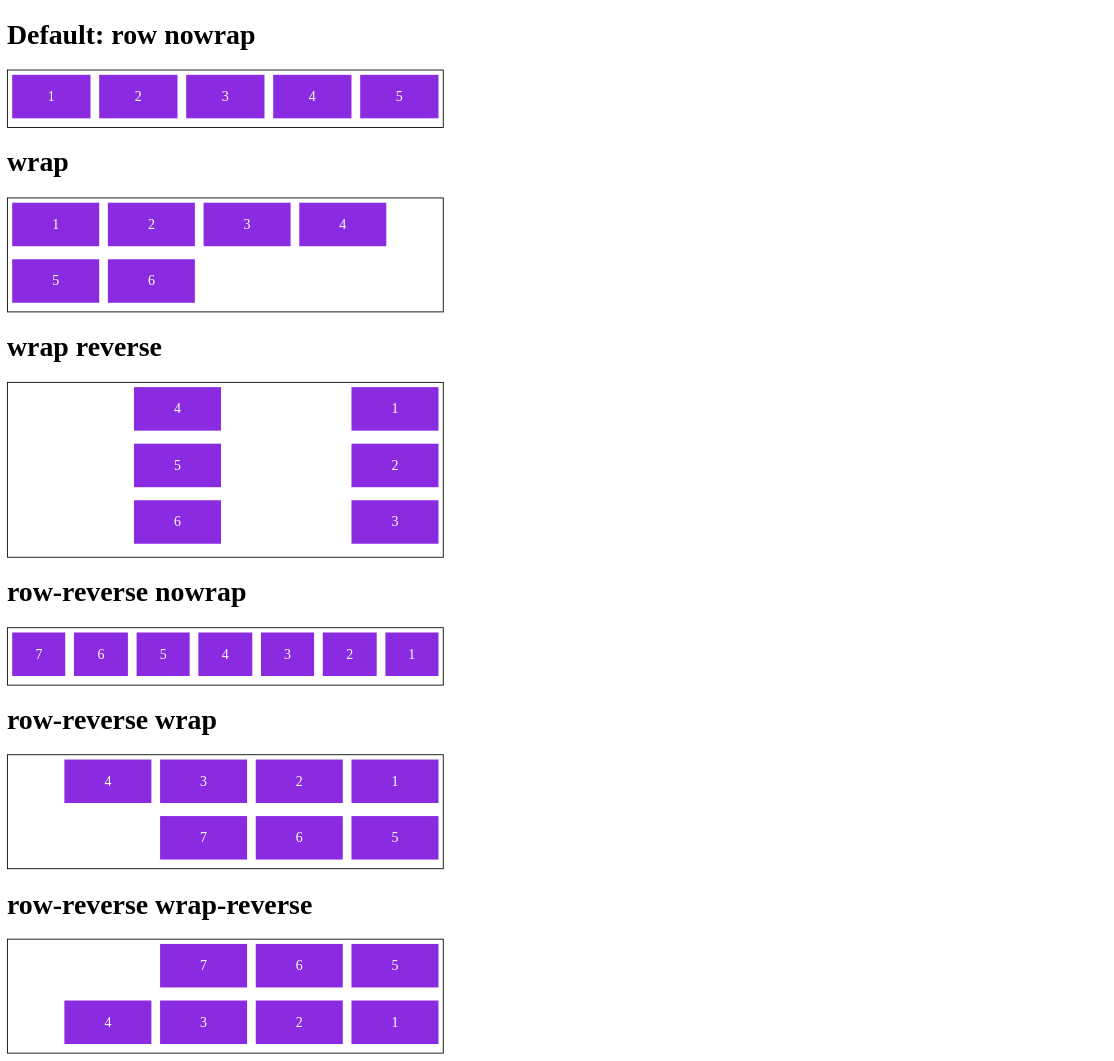
Repository: gabrielbino/projects-dio
Page: Flexbox/@flex-flow.html
The author's editor kept a copy of each file at every save. The page is drawn from the files as they stood at one save, then again after the next save.
The browser window is 1280 px wide. The pictures show the whole page, at 87% of full size.

Above is the page before, as saved 2021-10-22 17:28:46.

### Flexbox/@flex-flow.html
<!DOCTYPE html>
<html lang="en">
  <head>
    <meta charset="UTF-8" />
    <meta name="viewport" content="width=device-width, initial-scale=1.0" />
    <title>Fundamentos - Flex flow</title>

    <style>
      .flexContainer {
        display: flex;
        border: 1px solid black;
        max-width: 500px;
      }

      .default {
        flex-flow: row nowrap;
      }

      .wrap {
        flex-flow: row wrap;
      }

      .wrapReverse {
        flex-flow: column wrap-reverse;
        height: 200px;
      }

      .rNowWrap {
        flex-flow: row-reverse nowrap;
      }

      .rWrap {
        flex-flow: row-reverse wrap;
      }

      .RRWR {
        flex-flow: row-reverse wrap-reverse;
      }

      .flexItem {
        width: 100px;
        height: 50px;
        margin: 5px;
        margin-bottom: 10px;
        text-align: center;
        line-height: 50px;
        background-color: blueviolet;
        color: white;
      }
    </style>
  </head>
  <body>
    <h1>Default: row nowrap</h1>
    <div class="flexContainer default">
      <div class="flexItem">1</div>
      <div class="flexItem">2</div>
      <div class="flexItem">3</div>
      <div class="flexItem">4</div>
      <div class="flexItem">5</div>
    </div>

    <h1>wrap</h1>
    <div class="flexContainer wrap">
      <div class="flexItem">1</div>
      <div class="flexItem">2</div>
      <div class="flexItem">3</div>
      <div class="flexItem">4</div>
      <div class="flexItem">5</div>
      <div class="flexItem">6</div>
    </div>

    <h1>wrap reverse</h1>
    <div class="flexContainer wrapReverse">
      <div class="flexItem">1</div>
      <div class="flexItem">2</div>
      <div class="flexItem">3</div>
      <div class="flexItem">4</div>
      <div class="flexItem">5</div>
      <div class="flexItem">6</div>
    </div>

    <h1>row-reverse nowrap</h1>
    <div class="flexContainer rNowWrap">
      <div class="flexItem">1</div>
      <div class="flexItem">2</div>
      <div class="flexItem">3</div>
      <div class="flexItem">4</div>
      <div class="flexItem">5</div>
      <div class="flexItem">6</div>
      <div class="flexItem">7</div>
    </div>

    <h1>row-reverse wrap</h1>
    <div class="flexContainer rWrap">
      <div class="flexItem">1</div>
      <div class="flexItem">2</div>
      <div class="flexItem">3</div>
      <div class="flexItem">4</div>
      <div class="flexItem">5</div>
      <div class="flexItem">6</div>
      <div class="flexItem">7</div>
    </div>

    <h1>row-reverse wrap-reverse</h1>
    <div class="flexContainer RRWR">
      <div class="flexItem">1</div>
      <div class="flexItem">2</div>
      <div class="flexItem">3</div>
      <div class="flexItem">4</div>
      <div class="flexItem">5</div>
      <div class="flexItem">6</div>
      <div class="flexItem">7</div>
    </div>
  </body>
</html>

After the next save:
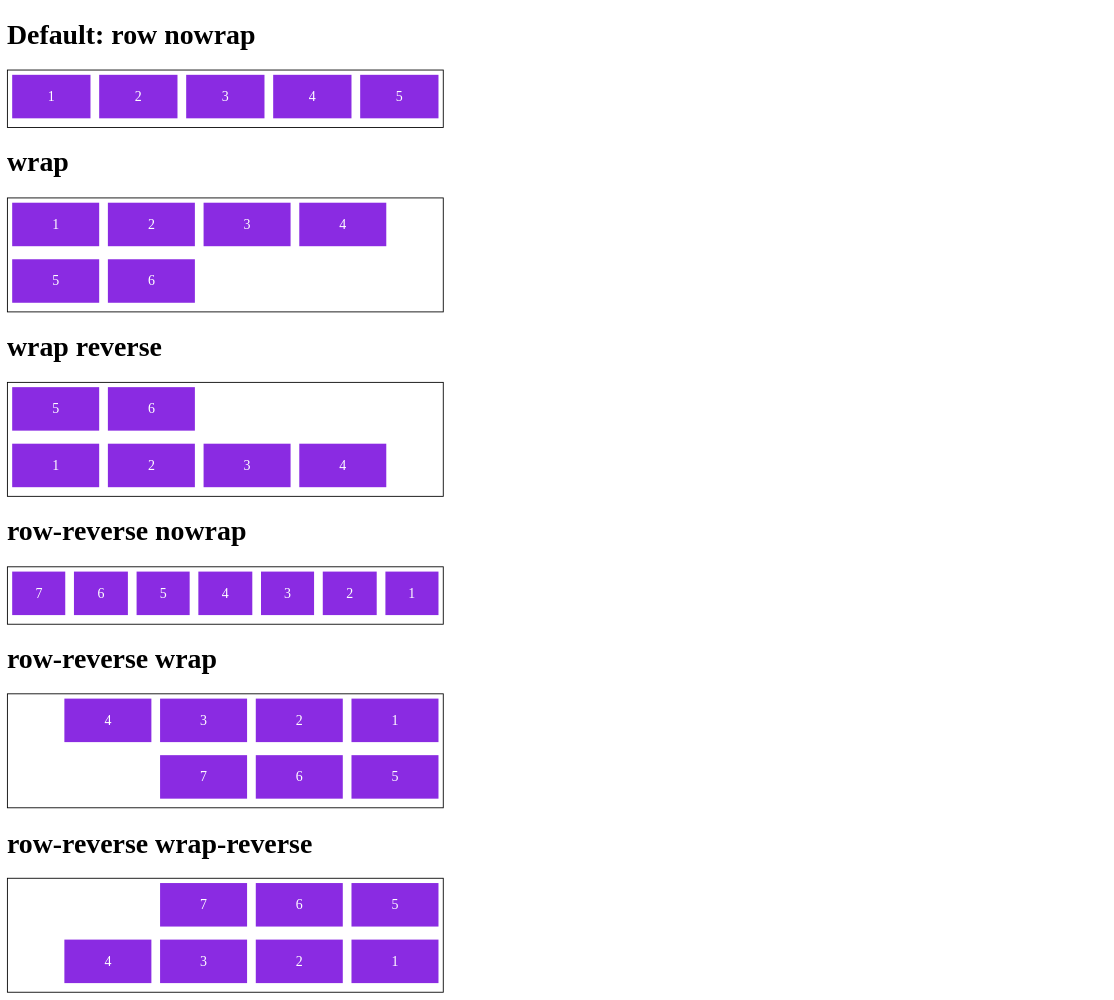
Saved 16 s later.
--- a/Flexbox/@flex-flow.html
+++ b/Flexbox/@flex-flow.html
@@ -21,8 +21,7 @@
       }
 
       .wrapReverse {
-        flex-flow: column wrap-reverse;
-        height: 200px;
+        flex-flow: row wrap-reverse;
       }
 
       .rNowWrap {
